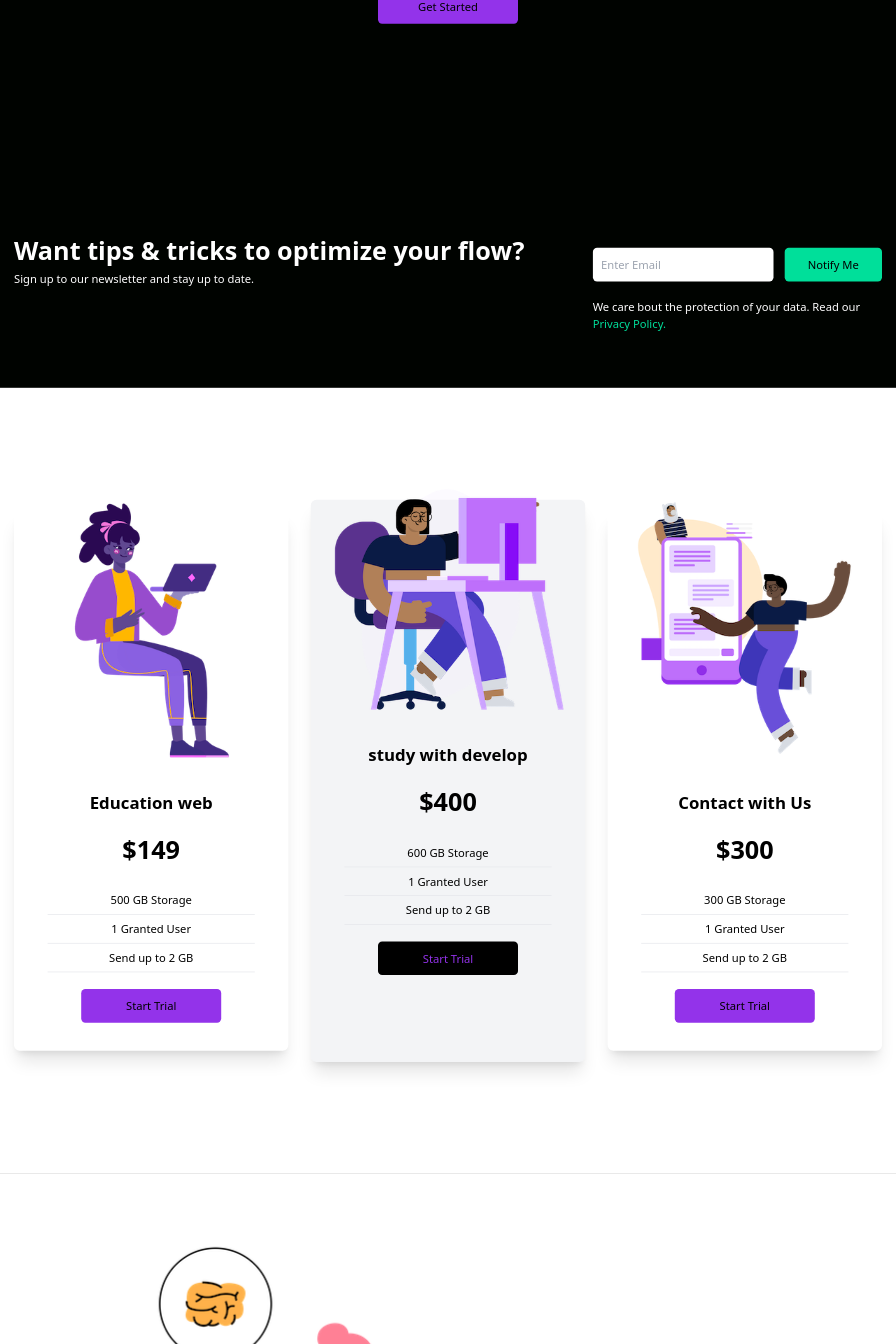
Repository: OmniaRafat232111121/tailwindreact
Page: /
An editor plug-in stored every save of this project. The page is shown before and after a run of saves, followed by the edit.
The browser window is 1280 px wide. The pictures show the part of the page from y = 470 to 2390 px (the page is 2877 px tall), at 70% of full size.
The project was rebuilt for these pictures with package versions that can differ from the ones it lists, and the page was loaded fresh each time.

Above is the page before, as saved 2022-09-11 13:48:40.

After the next 3 saves:
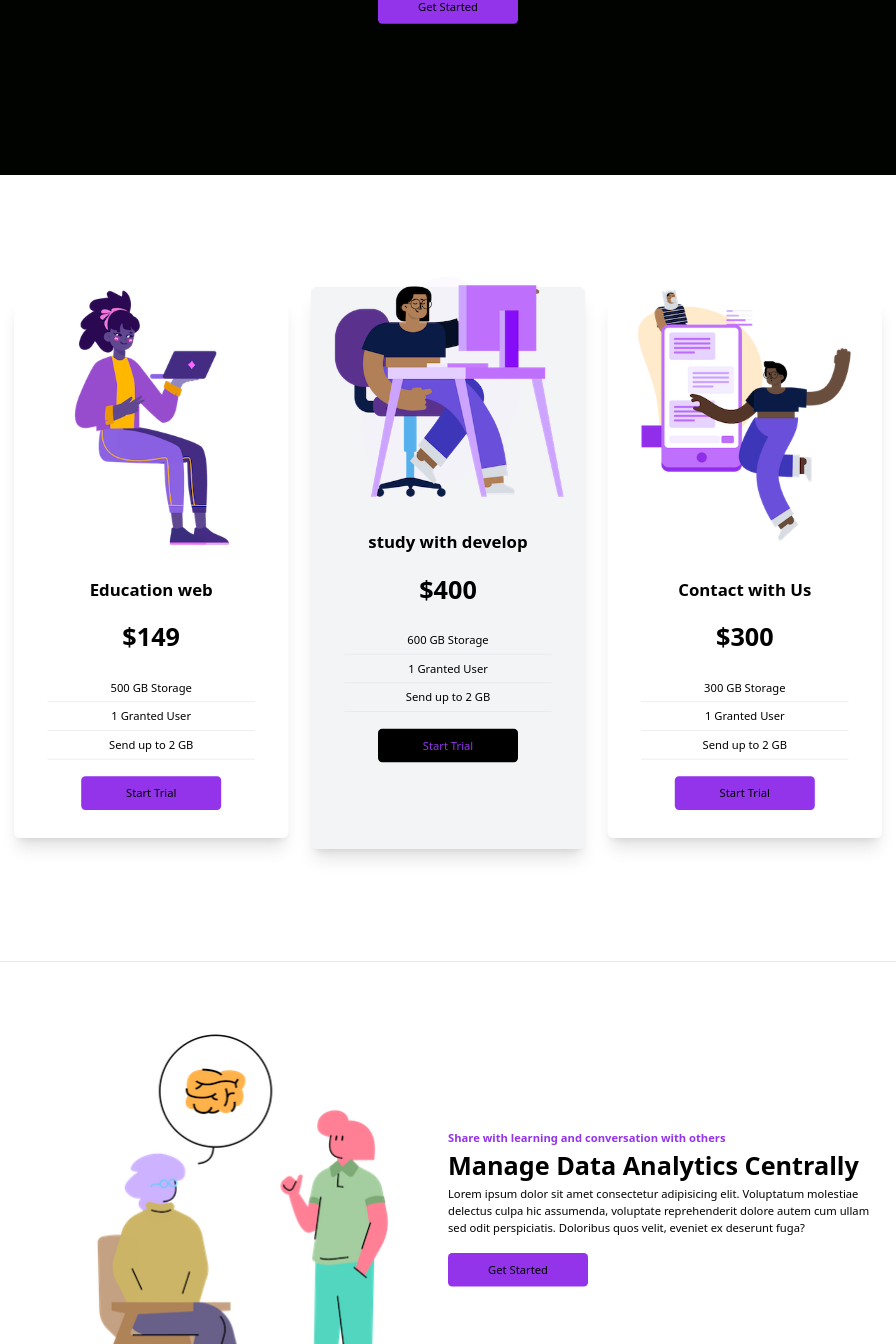
The 3 saves are shown as one change because they came seconds apart.
The last was saved 26 s later.
--- a/src/App.js
+++ b/src/App.js
@@ -13,9 +13,10 @@ function App() {
     <div>
       <Navbar />
       <Hero/>
-      <Newsletter/>
+
       <Cards/>
       <Analytics/>
+      <Newsletter/>
 
     </div>
   );
